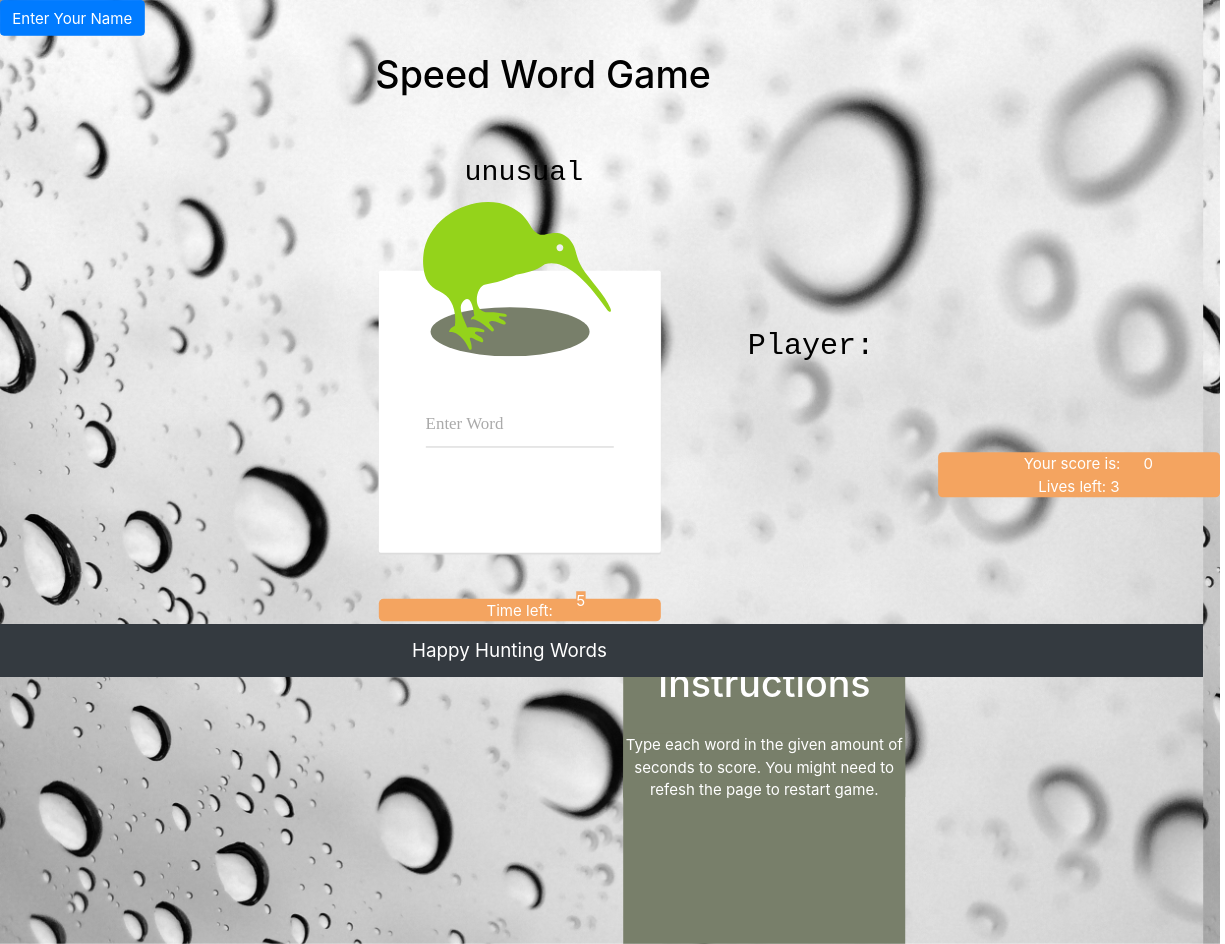
Repository: konstantin0s/word-game-project
Page: index.html
These files come from the project's save history. The page is drawn as it stood at one moment and after the next save; the edit follows.
The browser window is 1280 px wide. The page is 1298 px wide, then 1303 px, so the pictures cover 1303 px, including what lies to the right of the window. The pictures show the whole page, at 94% of full size.
Backgrounds fixed to the window are drawn as part of the page. Some web libraries are served in a nearby version.

Above is the page before, as saved 2019-02-12 15:14:20.
Console error: ReferenceError: loadSound is not defined

After the next save:
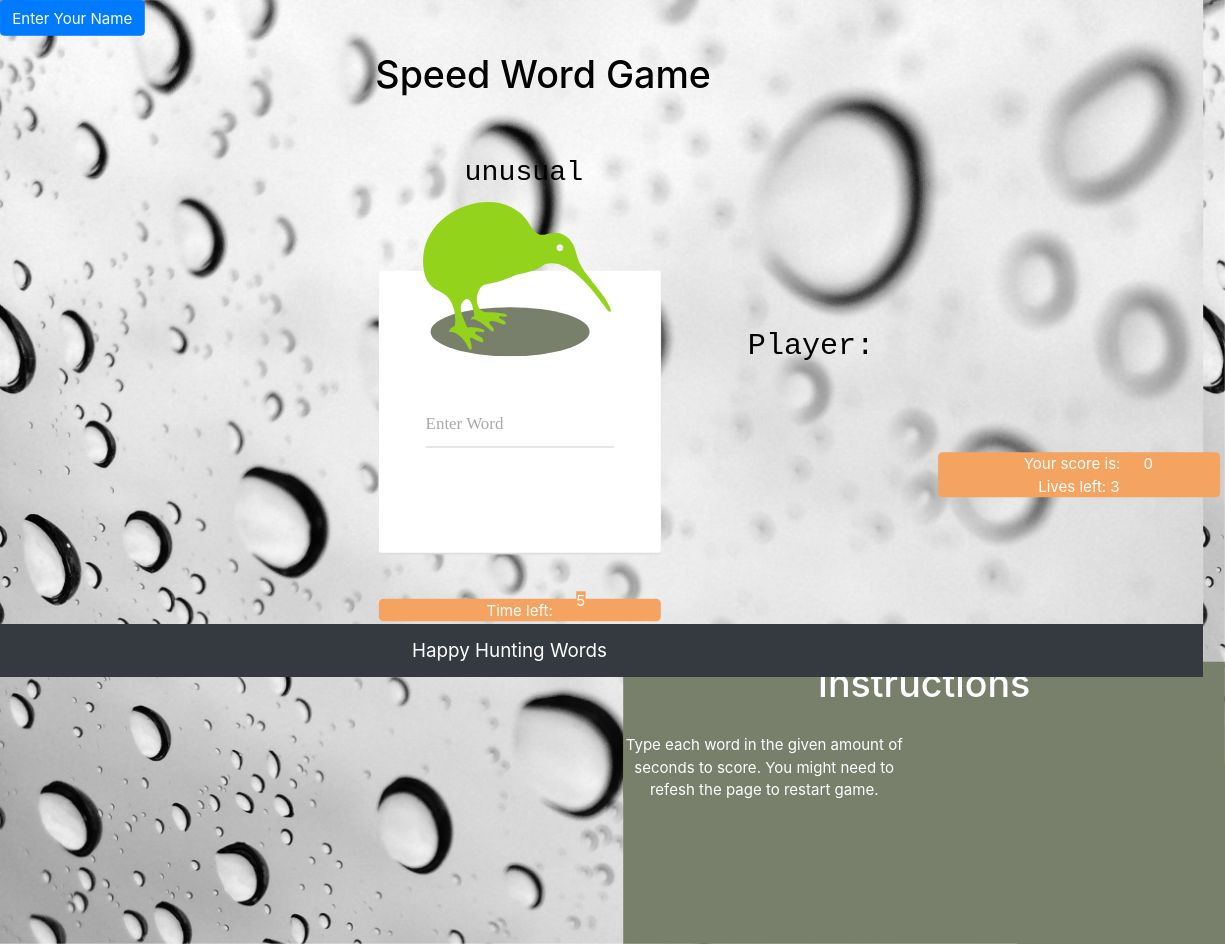
Saved 11 s later.
--- a/css/style.css
+++ b/css/style.css
@@ -213,7 +213,7 @@ b {
 
 .instructions {
   background-color: #787f6a;
-  width: 300px;
+  width: 50%;
   height: 300px;
   color: white;
   position: relative;
